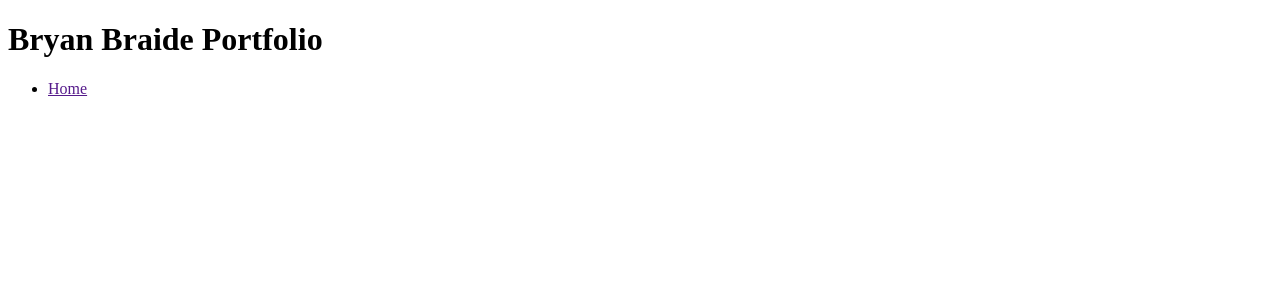
Repository: bryanbraide/Profile-card
Page: index.html
These files come from the project's save history. The page is drawn as it stood at one moment and after the next save; the edit follows.
The browser window is 1280 px wide. The pictures show the whole page.

Above is the page before, as saved 2025-06-07 07:39:40.

### index.html
<!DOCTYPE html>
<html lang="en">
<head>
  <meta charset="UTF-8">
  <meta name="viewport" content="width=device-width, initial-scale=1.0">
  <title>Document</title>
</head>
<body>
  <h1>
    Bryan Braide Portfolio
  </h1>
  <nav>
    <ul>
      <li><a href="">Home</a></li>
    </ul>
  </nav>
</body>
</html>

After the next save:
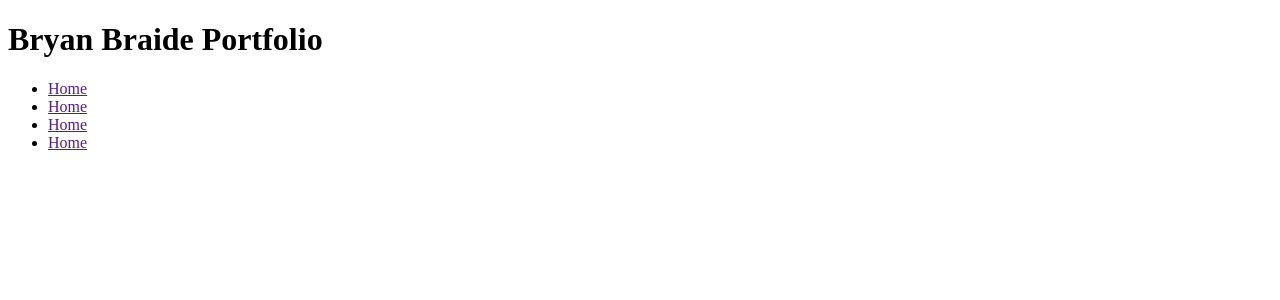
Saved 7 min 7 s later.
--- a/index.html
+++ b/index.html
@@ -12,6 +12,9 @@
   <nav>
     <ul>
       <li><a href="">Home</a></li>
+      <li><a href="">Home</a></li>
+      <li><a href="">Home</a></li>
+      <li><a href="">Home</a></li>
     </ul>
   </nav>
 </body>
